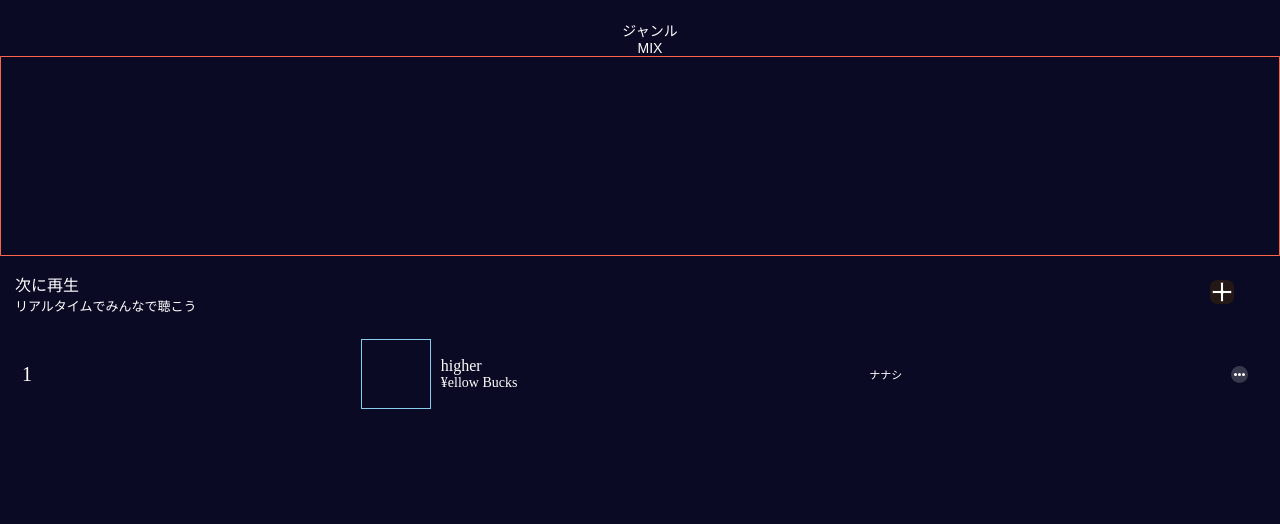
Repository: FujieRyou/2024_team
Page: /LoggedIn
The author's editor kept a copy of each file at every save. The page is drawn from the files as they stood at one save, then again after the next save.
The browser window is 1280 px wide. The pictures show the whole page.
The project was rebuilt for these pictures with package versions that can differ from the ones it lists, and the page was loaded fresh each time. The framework's server and built-in components were replaced by stand-ins that run in the browser. Also part of the build but not shown: next.config.js.

Above is the page before, as saved 2024-01-10 12:27:34.

After the next save:
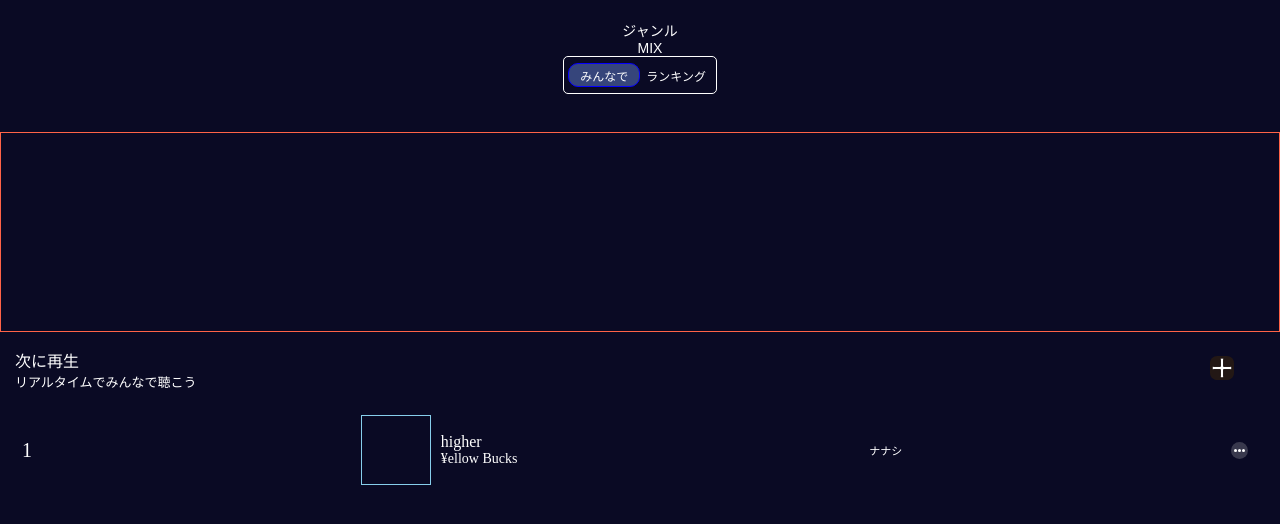
Saved 23 h 54 min later.
--- a/src/pages/LoggedIn.jsx
+++ b/src/pages/LoggedIn.jsx
@@ -13,6 +13,13 @@ function LoggedIn (){
         </header> */}
         <header>
             <div><p className='genre_wrap'>ジャンル<br/>MIX</p></div>
+            <div id="btn">
+                <div className="everyone">みんなで</div>
+                <div className="ranking">ランキング</div>
+            </div>
+            <div className='myPageIcon'>
+                <img src="" alt="" />
+            </div>
         </header>
         <div id="main_img">
             <div className="scrollContent">
